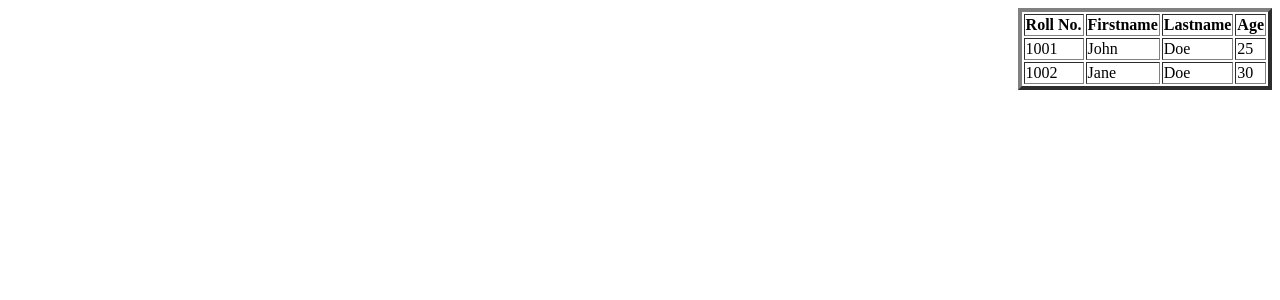
Repository: ankitgujre01/HTMLgeeks
Page: table.html
An editor plug-in stored every save of this project. The page is shown before and after the next save, followed by the edit.
The browser window is 1280 px wide. The pictures show the whole page.

Above is the page before, as saved 2025-09-03 23:10:30.

### table.html
<!DOCTYPE html>
<html>
    <head>
        <title>Table</title>
    </head>
    <body>
        <table border="4" align="right">
            <th>Roll No.</th>
            <th>Firstname</th>
            <th>Lastname</th>
            <th>Age</th>
            <tr>
                <td>1001</td>
                <td>John</td>
                <td>Doe</td>
                <td>25</td>
            </tr>
            <tr>
                <td>1002</td>
                <td>Jane</td>
                <td>Doe</td>
                <td>30</td>
            </tr>
        </table>
    </body>
</html>

After the next save:
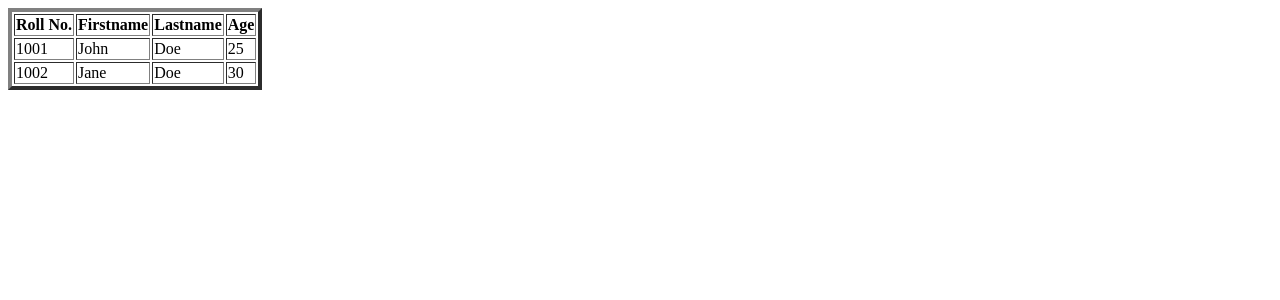
Saved 18 s later.
--- a/table.html
+++ b/table.html
@@ -4,7 +4,7 @@
         <title>Table</title>
     </head>
     <body>
-        <table border="4" align="right">
+        <table border="4" align="left">
             <th>Roll No.</th>
             <th>Firstname</th>
             <th>Lastname</th>
